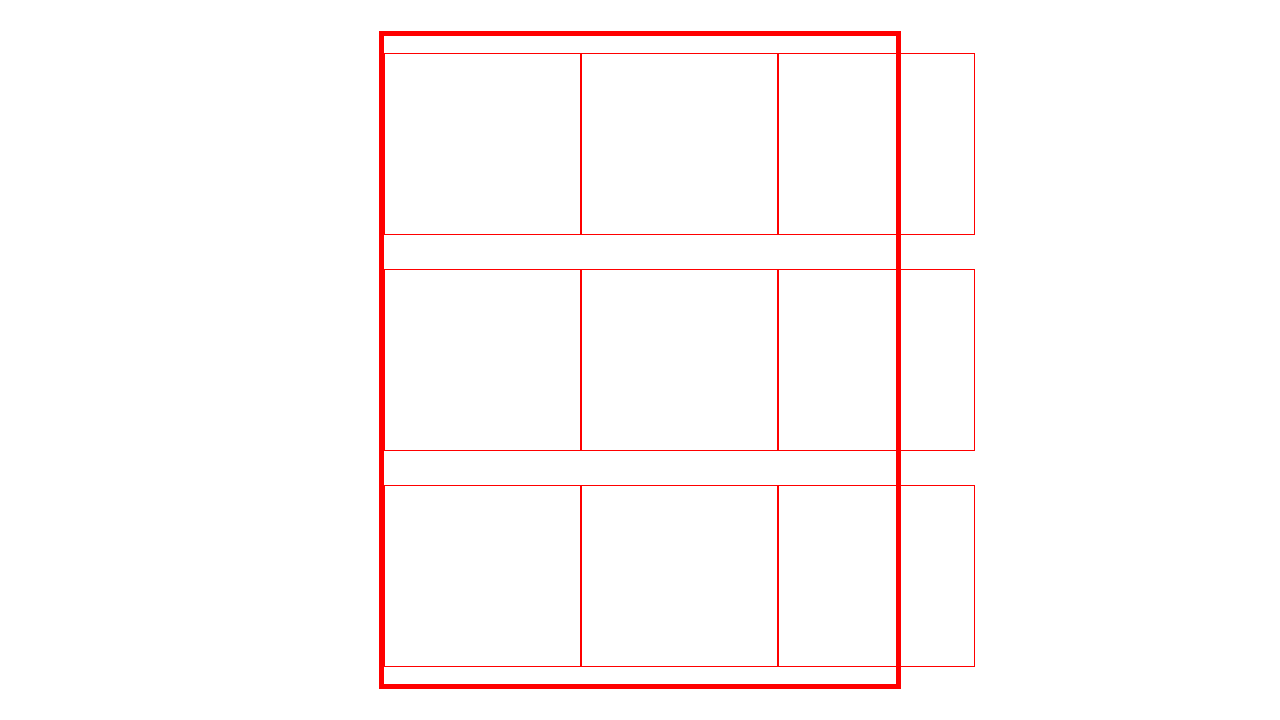
Repository: kocokoy/TOP-tic-tac-toe
Page: index.html
These files come from the project's save history. The page is drawn as it stood at one moment and after the next save; the edit follows.
The browser window is 1280 px wide. The pictures show the whole page.

Above is the page before, as saved 2024-11-07 14:48:22.

### index.html
<!DOCTYPE html>
<html lang="en">
<head>
  <meta charset="UTF-8">
  <meta name="viewport" content="width=device-width, initial-scale=1.0">
  <link rel="stylesheet" href="/styles/style.css">
  <title>Document</title>
</head>
<body>
 <div class='container'>
  <div class="gameboard">

  </div>
 </div>
<script src="/javascripts/scripts.js"></script>
</body>
</html>

### styles/style.css
body{
  padding: 0;
  margin: 0;
  height: 100vh;
  font-family: Arial, Helvetica, sans-serif;
}
.container{
  height:100%;
  display: flex;
  justify-content: center;
  align-items: center;
}
.gameboard{
  display: grid;
  grid-template-columns: 1fr 1fr 1fr;
  justify-items: center;
  align-items: center;
  border: 5px solid red;
  width: 40%;
  height: 90%;
}
.gameboard div{
  border: 1px solid red;
  height:180px;
  width: 195px;
  cursor: pointer;
  color: tomato;
  display: flex;
  justify-content: center;
  align-items: center;
  font-size: 10rem;
}

### javascripts/scripts.js
const gameBoardElement = document.querySelector('.gameboard');

const gameBoard = {
  gameBoard : ['','','','','','','','','']
}
const players = {
  player1: 'X',
  player2: 'O',
}

startGame();

function startGame(){
  createGameBoard();
  gameBoardBoxClicked();
}

function createGameBoard(){
  for(let i = 0; i < 9; i++){
    const div = document.createElement('div');
    div.setAttribute('data-id',i);
    gameBoardElement.appendChild(div);
  }
}

function gameBoardBoxClicked(){
  gameBoardElement.addEventListener('click', (e) => {
    const boxClicked = e.target;
    boxClicked.textContent = 'X'
  })
}

After the next save:
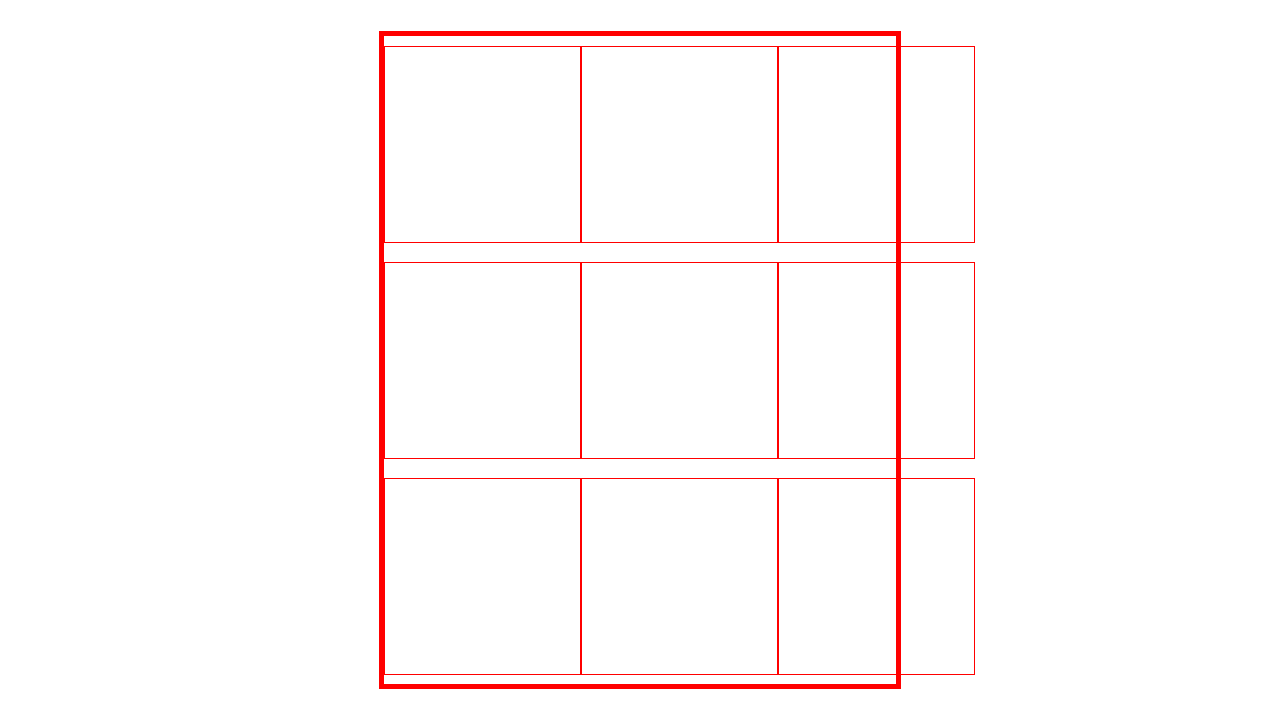
Saved 7 s later.
--- a/styles/style.css
+++ b/styles/style.css
@@ -21,7 +21,7 @@ body{
 }
 .gameboard div{
   border: 1px solid red;
-  height:180px;
+  height:195px;
   width: 195px;
   cursor: pointer;
   color: tomato;
